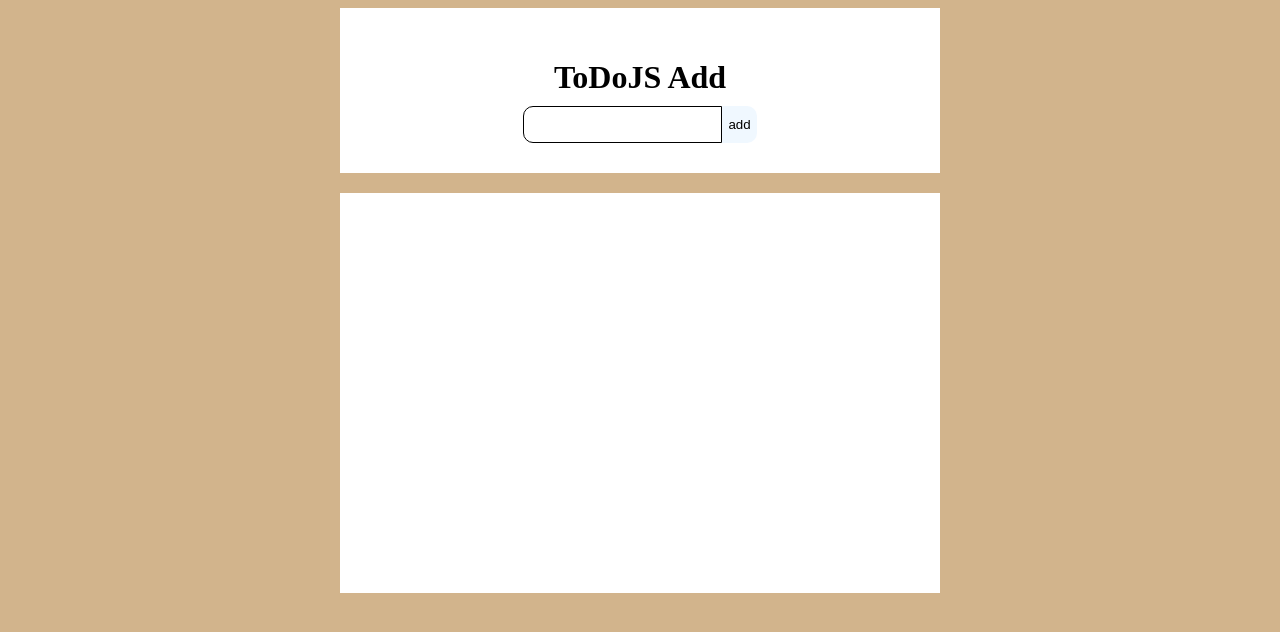
Repository: Savich01/ToDo
Page: index.html
These files come from the project's save history. The page is drawn as it stood at one moment and after the next save; the edit follows.
The browser window is 1280 px wide. The pictures show the whole page.

Above is the page before, as saved 2024-05-03 13:25:08.

After the next save:
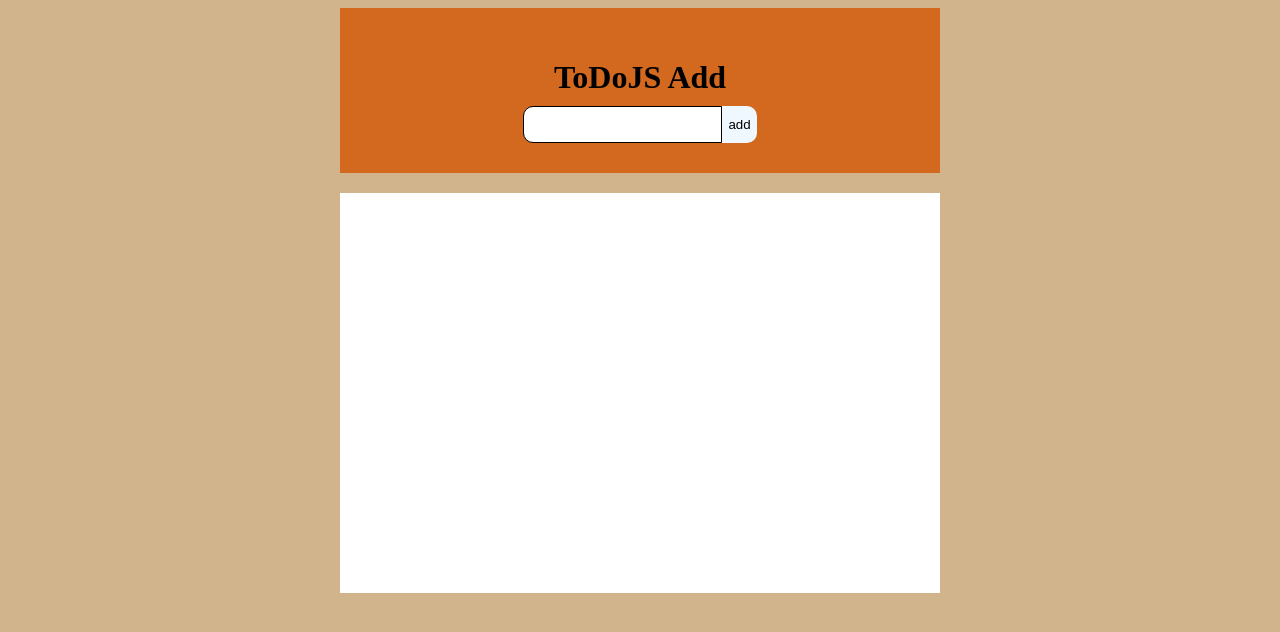
Saved 22 s later.
--- a/css/style.css
+++ b/css/style.css
@@ -8,7 +8,7 @@ body {
 .header-block {
     max-width: 600px;
     margin: 0 auto;
-    background: #FFFFFF;
+    background: #D2691E;
 }
  .header-block__sub {
     display: flex;
